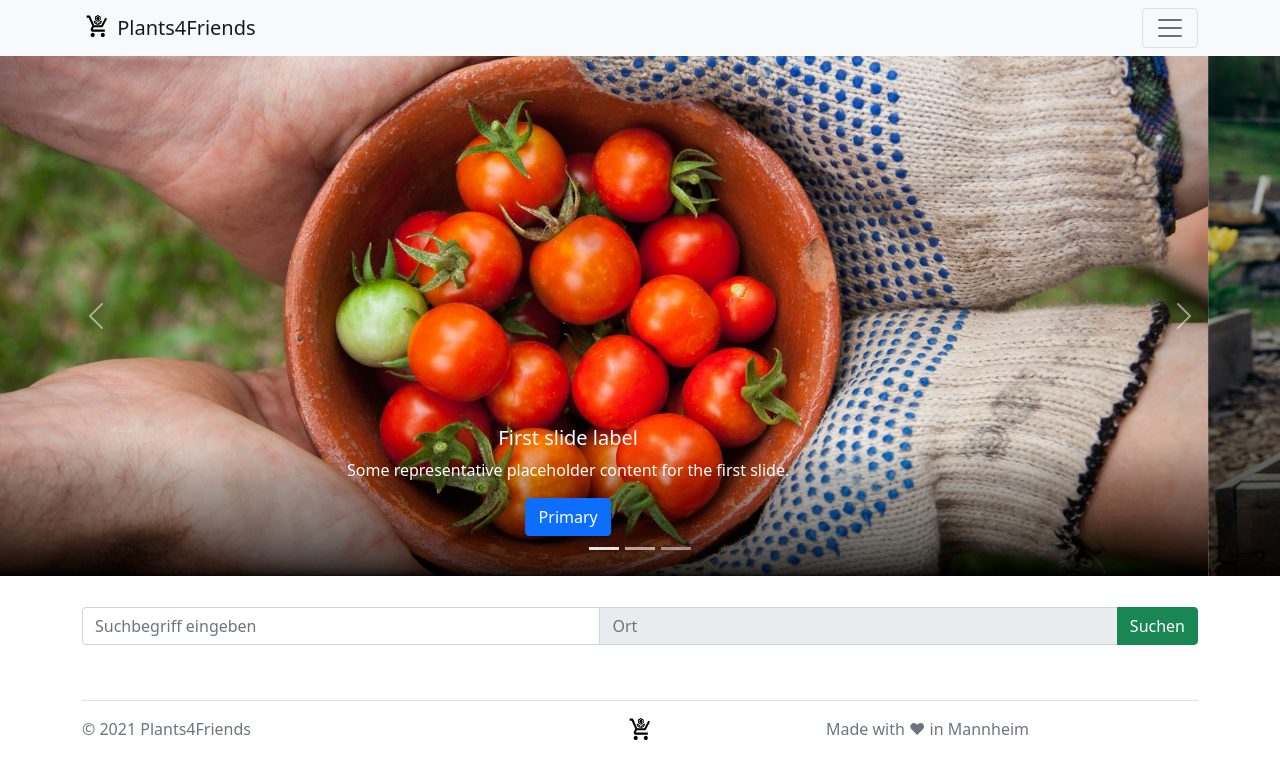
Repository: Carlson43/PlantsForFriends
Page: Website/index.html
These files come from the project's save history. The page is drawn as it stood at one moment and after the next save; the edit follows.
The browser window is 1280 px wide. The pictures show the whole page.

Above is the page before, as saved 2022-01-11 14:56:14.

After the next save:
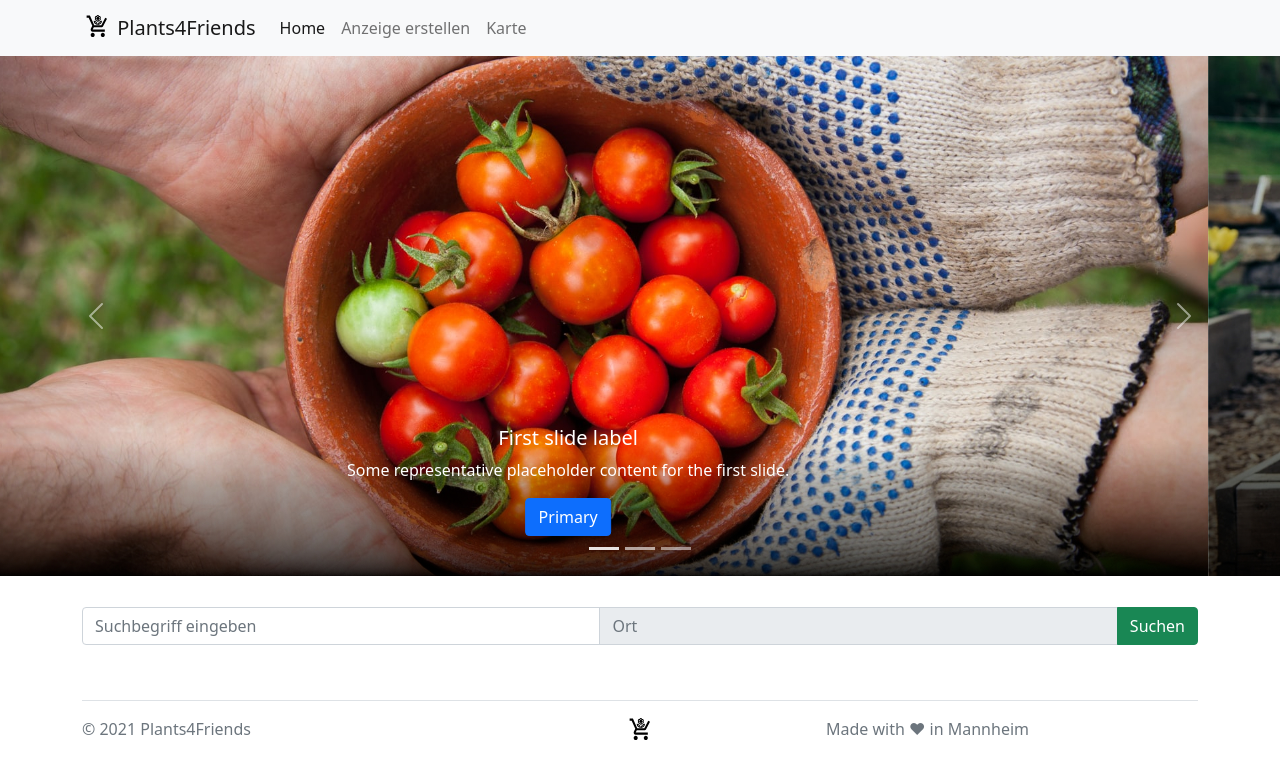
Saved 110 s later.
--- a/Website/index.html
+++ b/Website/index.html
@@ -31,7 +31,7 @@
 
   <body>
     <!-- Navbar -->
-    <nav class="navbar navbar-light bg-light">
+    <nav class="navbar navbar-expand-lg navbar-light bg-light">
         <div class="container fluid">
             <!-- Navabr Logo and Brandname -->
             <a class="navbar-brand" href="#">
@@ -154,7 +154,7 @@
                   <h6 class="card-subtitle mb-2 text-muted" id = "Card1contact">Kontaktmöglichkeit</h6>
                   <p class="card-text" id = "Card1text">Die Beschreibung der Anzeige soll hier dann erscheinen. Vielleicht ist die Größe aber ein Limit. Naja, das lässt sich bestimmt irgendiwe Lösen</p>
                   <!-- Detail Button -->
-                  <a class="btn btn-primary" href="details.html" onclick = "addKey1();">Details ></a>
+                  <a class="btn btn-primary" href="details.html" onclick = "addKey1();setTimeout(myURL, 5000);">Details ></a>
               </div>
             </div>
           </div>
@@ -170,7 +170,7 @@
                   <h6 class="card-subtitle mb-2 text-muted" id = "Card2contact">Kontaktmöglichkeit</h6>
                   <p class="card-text" id = "Card2text">Die Beschreibung der Anzeige soll hier dann erscheinen. Vielleicht ist die Größe aber ein Limit. Naja, das lässt sich bestimmt irgendiwe Lösen</p>
                   <!-- Detail Button -->
-                  <a href="details.html" class="btn btn-primary" onclick = "addKey2();">Details ></a>
+                  <a href="details.html" class="btn btn-primary" onclick = "addKey2();setTimeout(myURL, 5000);">Details ></a>
               </div>
             </div>
           </div>
@@ -188,7 +188,7 @@
                       <h6 class="card-subtitle mb-2 text-muted" id = "Card3contact">Kontaktmöglichkeit</h6>
                       <p class="card-text" id = "Card3text">Die Beschreibung der Anzeige soll hier dann erscheinen. Vielleicht ist die Größe aber ein Limit. Naja, das lässt sich bestimmt irgendiwe Lösen</p>
                       <!-- Detail Button -->
-                      <a href="details.html" class="btn btn-primary" onclick = "addKey3();">Details ></a>
+                      <a href="details.html" class="btn btn-primary" onclick = "addKey3();setTimeout(myURL, 5000);">Details ></a>
                   </div>
                 </div>
           </div>
@@ -204,7 +204,7 @@
                   <h6 class="card-subtitle mb-2 text-muted" id = "Card4contact">Kontaktmöglichkeit</h6>
                   <p class="card-text" id = "Card4text">Die Beschreibung der Anzeige soll hier dann erscheinen. Vielleicht ist die Größe aber ein Limit. Naja, das lässt sich bestimmt irgendiwe Lösen</p>
                   <!-- Detail Button -->
-                  <a href="details.html" class="btn btn-primary" onclick = "addKey4();">Details ></a>
+                  <a href="details.html" class="btn btn-primary" onclick = "addKey4();setTimeout(myURL, 5000);">Details ></a>
               </div>
             </div>
           </div>
@@ -220,7 +220,7 @@
                   <h6 class="card-subtitle mb-2 text-muted" id = "Card5contact">Kontaktmöglichkeit</h6>
                   <p class="card-text" id = "Card5text">Die Beschreibung der Anzeige soll hier dann erscheinen. Vielleicht ist die Größe aber ein Limit. Naja, das lässt sich bestimmt irgendiwe Lösen</p>
                   <!-- Detail Button -->
-                  <a href="details.html" class="btn btn-primary" onclick = "addKey5();">Details ></a>
+                  <a href="details.html" class="btn btn-primary" onclick = "addKey5();setTimeout(myURL, 5000);">Details ></a>
               </div>
             </div>
           </div>
@@ -238,7 +238,7 @@
                       <h6 class="card-subtitle mb-2 text-muted" id = "Card6contact">Kontaktmöglichkeit</h6>
                       <p class="card-text" id = "Card6text">Die Beschreibung der Anzeige soll hier dann erscheinen. Vielleicht ist die Größe aber ein Limit. Naja, das lässt sich bestimmt irgendiwe Lösen</p>
                       <!-- Detail Button -->
-                      <a href="details.html" class="btn btn-primary" onclick = "addKey6();">Details ></a>
+                      <a href="details.html" class="btn btn-primary" onclick = "addKey6();setTimeout(myURL, 5000);">Details ></a>
                   </div>
                 </div>
           </div>
@@ -254,7 +254,7 @@
                   <h6 class="card-subtitle mb-2 text-muted" id = "Card7contact">Kontaktmöglichkeit</h6>
                   <p class="card-text" id = "Card7text">Die Beschreibung der Anzeige soll hier dann erscheinen. Vielleicht ist die Größe aber ein Limit. Naja, das lässt sich bestimmt irgendiwe Lösen</p>
                   <!-- Detail Button -->
-                  <a href="details.html" class="btn btn-primary" onclick = "addKey7();">Details ></a>
+                  <a href="details.html" class="btn btn-primary" onclick = "addKey7();setTimeout(myURL, 5000);">Details ></a>
               </div>
             </div>
           </div>
@@ -270,7 +270,7 @@
                   <h6 class="card-subtitle mb-2 text-muted" id = "Card8contact">Kontaktmöglichkeit</h6>
                   <p class="card-text" id = "Card8text">Die Beschreibung der Anzeige soll hier dann erscheinen. Vielleicht ist die Größe aber ein Limit. Naja, das lässt sich bestimmt irgendiwe Lösen</p>
                   <!-- Detail Button -->
-                  <a href="details.html" class="btn btn-primary" onclick = "addKey8();">Details ></a>
+                  <a href="details.html" class="btn btn-primary" onclick = "addKey8();setTimeout(myURL, 5000);">Details ></a>
               </div>
             </div>
           </div>
